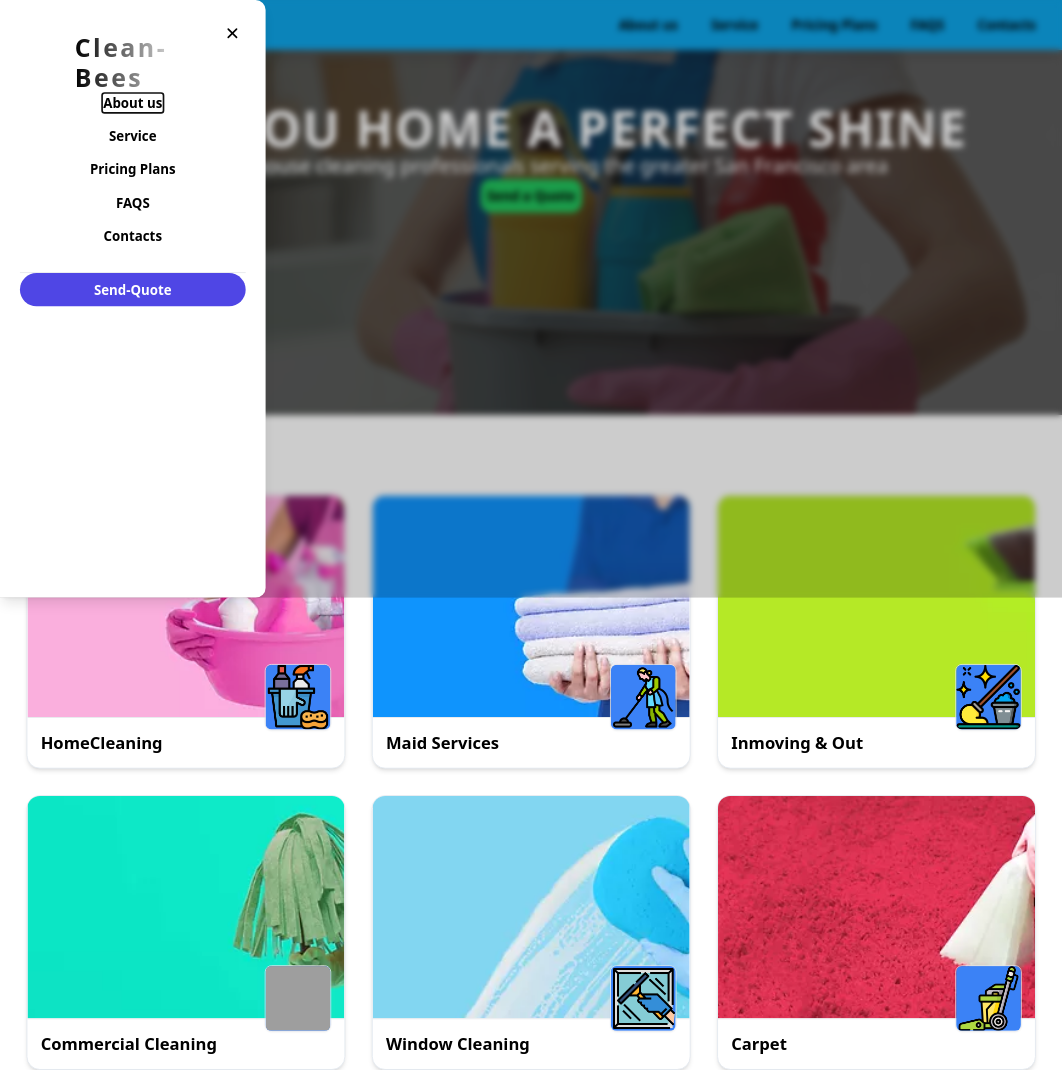
Repository: remydev47/cleanbees
Page: /
An editor plug-in stored every save of this project. The page is shown before and after the next save, followed by the edit.
The browser window is 1280 px wide. The pictures show the whole page, at 83% of full size.
Pictures or frames that could not be fetched are drawn as grey boxes. The project was rebuilt for these pictures with package versions that can differ from the ones it lists, and the page was loaded fresh each time. The framework's server and built-in components were replaced by stand-ins that run in the browser. Also part of the build but not shown: next.config.js.

Above is the page before, as saved 2022-09-16 14:47:29.

### pages/_app.tsx
import '../styles/globals.css'
import type { AppProps } from 'next/app'
import { Header } from '../components/Header'


function MyApp({ Component, pageProps }: AppProps) {
  return (
    <>
      <Header />
      <Component {...pageProps} />
    </>

    )
}

export default MyApp

### pages/index.tsx
import type { NextPage } from 'next'
import Head from 'next/head'
import Image from 'next/image'
import Hero from '../components/Hero'
import Services from '../components/Services'

const Home: NextPage = () => {
  return (
    <div className="">
      <Head>
        <title>CleanBees</title>
        <link rel="icon" href="/favicon.ico" />
      </Head>
      <Hero />
     <main className='mx-auto max-w-screen-xl px-6 sm:px-8'>
      <div className='mt-16 space-y-20'>
        <Services />

      </div>
     </main>
    </div>
  )
}

export default Home

### components/Header.tsx
import { navLinks } from "../constants"
import { MenuPopOver } from "./MenuPopover"
import Logo from "./Logo"
import Image from "next/image"
import { title } from "process"

export const Header = () => {
    return(
        <>
          <header className={styles.container}>
           <div className='flex grow-0 basis-1/3 md:hidden'>
             <MenuPopOver />
          </div>
          <div className='flex grow-0 basis-1/3 justify-center md:justify-start'>
            <Logo />
           </div>
           <ul className="list-none sm:flex hidden justify-end items-center flex-1">
            {navLinks.map((nav, index) => (
                <li
                key={nav.id}
                className={`font-poppins font-extrabold cursor-pointer text-[16px]
                  ${index === navLinks.length - 1 ? 'mr-0' : 'mr-10'}
                 text-black `}
                >
                    <a>{nav.title}</a>
                </li>
            ))}
           </ul>

          </header>
        </>
    )
}

const styles ={
    container:`sticky bg-[#0ea5e9] inset-x-0 top-0 z-20 flex items-center justify-between py-2 px-2 shadow-lg dark:bg-slate-900 sm:py-3 sm:px-8`
}

### components/Hero.tsx
import React from 'react'
import Image from 'next/image'


const Hero = () => {
  return (
    <>
      <section className='relative h-[640px] w-full  bg-blue-500 sm:h-[55vh] md:h-[440px]'>
        <Image
          src="/img/pixel-cleaner2.jpg"
          layout='fill'
          objectFit='cover'
        />
        <div className="absolute inset-0 bg-neutral-900/70">
        <div className='mx-4 mt-16 flex flex-col items-center text-center '>
                <h1 className={styles.innerbanner}>
                    Give you Home a Perfect Shine
                </h1>
                <span className='text-xl text-white sm:text-2xl'>
                    Reliable house cleaning professionals serving the greater San Francisco area
                </span>
                <button className='bg-green-500 text-black font-semibold p-2 rounded-xl'>
                    Send a Quote
                </button>
              </div>
        </div>
        <HeroBottomCard />
      </section>

    </>
  )
}

function HeroBottomCard() {
    return (
      <div className="bg-[#0ea5e9] p-4">
        <span className="block text-center text-lg text-white">
          Nobody wants to do cleaning?We Do! Drop your  Quote with{" "}
          <span className="bg-gradient-to-r from-black to-[#fff] bg-clip-text align-middle text-2xl font-black tracking-widest text-transparent">
            CLEAN-BEES
          </span>{" "}
          cleaners here.
        </span>
      </div>
    );
  }

export default Hero;
const styles ={

    innerbanner:`text-3xl font-extrabold uppercase tracking-wide text-white sm:text-4xl md:text-5xl lg:text-6xl`,
}

### components/Services.tsx
import React from 'react';
import Image from 'next/image'
import Link from 'next/link';

const serviceItems =[
    {
        name:"HomeCleaning",
        description:"",
        image:'/img/cleaning3.webp',
        logo:"/img/homecleaning.png"
    },
    {
        name:"Maid Services",
        description:"",
        image:'/img/maid2.webp',
        logo:"/img/maid.png"
    },
    {
        name:"Inmoving & Out",
        description:"",
        image:'/img/moving.webp',
        logo:"/img/inmoving.png"
    },
    {
        name:"Commercial Cleaning",
        description:"",
        image:'/img/cleaning5.webp',
        logo:"/img/officecleaning.png"
    },
    {
        name:"Window Cleaning",
        description:"",
        image:'/img/cleaning4.webp',
        logo:"/img/window.png"
    },
    {
        name:"Carpet",
        description:"",
        image:'/img/carpet2.webp',
        logo:"/img/carpet.png"
    },
]

const Services = () => {
  return (
    <section id='service-items'>
        <div>
            <h2 className="text-2xl font-semibold"> Our Services </h2>
        </div>

        <div id="top-companies__items" className="grid grid-cols-1 gap-8 sm:grid-cols-2 lg:grid-cols-3">
              {serviceItems.map((item, i) => (
                 <Link href="/#" key={i}>
                  <a className="group block overflow-hidden rounded-2xl border border-slate-200 bg-white shadow-md transition-all duration-150 hover:-translate-y-1 hover:shadow-lg dark:border-slate-800 dark:bg-slate-700">
                    <div className="relative block overflow-hidden  pt-[70%]">
                     <Image
                       src={item.image}
                       alt={item.name}
                       layout="fill"
                       objectFit="cover"
                       className="transition-all duration-200 group-hover:scale-[102%]"
                      />
                    </div>
                    <div className="relative flex flex-col border-t p-4 dark:border-slate-600">
                <span className="absolute right-4 -top-[65px] block h-[80px] w-[80px] overflow-hidden rounded-lg border shadow-sm dark:border-slate-600">
                  <div className="relative block overflow-hidden  bg-blue-500 pt-[100%]">
                    <Image
                      src={item.logo}
                      alt={item.name}
                      layout="fill"
                      objectFit="cover"
                    />
                  </div>
                </span>

                <h5 className="block truncate text-xl font-semibold capitalize">
                  {item.name}
                </h5>
                <span className="block truncate text-slate-500 dark:text-slate-400">
                  {item.description}
                </span>
              </div>
                 </a>
                 </Link>
              ))}
            </div>

    </section>
  )
}

export default Services

### constants/index.ts

export const navLinks =[
    {
     id:"aboutus",
     title:"About us"
    },
    {
        id:"services",
        title:"Service"
    },
    {
        id:"pricingplans",
        title:"Pricing Plans"
    },
    {
        id:"faqs",
        title:"FAQS"
    },
    {
        id:"contacts",
        title:"Contacts"
    },
]

### components/MenuPopover.tsx
import React, { useState, Fragment } from 'react'
import { IconButton } from './Button'
import { Transition, Dialog }  from '@headlessui/react';
import Link from 'next/link';
import Logo from './Logo';
import { Button } from './Button';
//import { ThemeSelect } from './ThemeToogle';
import { navLinks } from '../constants';

export const MenuPopOver = () => {
    const [isOpen, setIsOpen] = useState(true)

    return(
      <div>
        <IconButton
          variant='ghost'
          aria-label='menu'
          onClick={() => setIsOpen(!isOpen)}
        >
          <svg className='h-6 w-6 ' fill='none' stroke='currentColor'>
            <path
              strokeLinecap='round'
              strokeLinejoin='round'
              strokeWidth={2}
              d='M4 6h16M4 12h16M4 18h16'
            />
          </svg>
        </IconButton>
        <Transition
          show={isOpen}
          appear
          as={Fragment}
          enter='transform transition ease-in-out duration-300'
          enterFrom='-translate-x-full'
          enterTo='translate-x-0'
          leave='transform transition ease-in-out duration-300 delay-200'
          leaveFrom='translate-x-0'
          leaveTo='-translate-x-full'
        >
         <Dialog
           as='div'
           className={`fixed inset-0 z-50`}
           onClose={setIsOpen}
           open={isOpen}
           >
           <Transition.Child
             as={Fragment}
             enter='ease-out duration-300 delay-300'
             enterFrom='opacity-0'
             enterTo='opacity-100'
             leave='ease-in duration-200'
             leaveFrom='opacity-100'
             leaveTo='opacity-0'
           >

            <Dialog.Overlay
              className={`fixed inset-0 bg-black/20 backdrop-blur-sm dark:bg-gray-900/80`}
             />
          </Transition.Child>
           <div className={styles.dialogcontainer}>
            <a className='mx-auto mt-4 flex w-[140px] '>
              <Logo />
            </a>
            <ul
                className={styles.navWrapper2}
             >
                {navLinks.map((nav, index) => (
                    <li
                     key={nav.id}
                     className={`font-poppins font-bold cursor-pointer text-[16px]
                      ${index === navLinks.length - 1 ? 'mr-0' : 'mb-4'}
                      text-black `}
                    >
                     <a href={`#${nav.id}`}>
                        {nav.title}
                     </a>
                    </li>
                 ))}
             </ul>
            {/* <div className='mt-0 border-t border-gray-200 pt-6 dark:border-gray-200/10'>

            </div> */}
            <ul className='mt-8 space-y-3 border-t border-gray-200 dark:border-gray-200/10'>
              <li>
               <Button fullWidth>
                   Send-Quote
               </Button>
              </li>

            </ul>
            <IconButton
              variant='ghost'
              aria-label='close menu'
              className='absolute top-5 right-5'
              onClick={() => setIsOpen(false)}
            >
              <svg
                viewBox='0 0 10 10'
                className='h-2.5 w-2.5 overflow-visible'
                aria-hidden='true'
              >
                <path
                    d='M0 0L10 10M10 0L0 10'
                    fill='none'
                    stroke='currentColor'
                    strokeWidth='2'
                    strokeLinecap='round'
                  />
              </svg>
            </IconButton>
           </div>
         </Dialog>
        </Transition>
      </div>
    )
  }

const styles ={
    dialogcontainer:`fixed top-0 bottom-0 left-0 w-full max-w-xs rounded-r-xl bg-white p-6 shadow-lg dark:bg-gray-800`,
    menuitems:`group relative flex h-9 items-center oveflow-hidden rounded-md hover:bg-slate-200/50`,
    navWrapper2:`list-none flex flex-col justify-end items-center flex-1`,
}

### components/Logo.tsx
import React from 'react';


const Logo  = () => {
  return (
    <span className={`bg-gradient-to-r from-black to-[#fff] bg-clip-text align-middle text-3xl font-black tracking-widest text-transparent hover:text-green-400`}>
        Clean-Bees
    </span>
  )
}

export default Logo;

### components/Button/index.tsx
import React, { forwardRef } from 'react';
//import { __DEV__ } from '../../utils/assertions'

type BaseButtonProps = Omit<React.HTMLProps<HTMLButtonElement>, "size">;

/* === Button Element === */

export interface ButtonProps extends BaseButtonProps {
  children: React.ReactNode;
  fullWidth?: boolean;
  className?: string;
  variant?: "solid" | "outline" | "ghost";
  size?: "sm" | "md" | "lg";
  as?: string;
  isExternal?: boolean;
  type?: "button" | "submit" | "reset";
}

export const Button = forwardRef<HTMLButtonElement, ButtonProps>(
  (
    {
      children,
      variant = "solid",
      size = "md",
      fullWidth = false,
      className,
      as = "button",
      isExternal = false,
      ...rest
    },
    ref
  ) => {
    let tempClassNames: string[] = [];

    const sharedClasses = [
      "capitalize",
      "focus:outline-none",
      "focus:ring-2",
      "focus:ring-indigo-400",
      "focus:ring-offset-2",
      "focus:ring-offset-indigo-50",
      "font-semibold",
      "rounded-full",
      "inline-flex",
      "flex-shrink-0",
      "items-center",
      "justify-center",
      "transition-colors",
      "ease-in-out",
      "duration-500",
    ];

    if (fullWidth) sharedClasses.push("w-full");

    // handle variants
    let btnSolid = ["bg-indigo-600", "hover:bg-indigo-700", "text-white"];
    let btnOutline = [
      "dark:text-white",
      "hover:text-yellow-700",
      "hover:dark:text-yellow-800",
      "bg-transparent",
      "hover:bg-indigo-50",
      "border",
      "border-indigo-600",
    ];
    let btnGhost = [
      "bg-transparent",
      "dark:text-white",
      "hover:bg-indigo-50",
      "hover:text-indigo-700",
      "hover:dark:text-indigo-700",
    ];

    if (variant === "solid") {
      tempClassNames = [...sharedClasses, ...btnSolid];
    } else if (variant === "outline") {
      tempClassNames = [...sharedClasses, ...btnOutline];
    } else if (variant === "ghost") {
      tempClassNames = [...sharedClasses, ...btnGhost];
    }

    // handle sizes
    let sizeSm = ["h-8", "px-2", "text-sm"];
    let sizeMd = ["h-10", "px-3"];
    let sizeLg = ["h-12", "px-4", "text-lg"];

    if (size === "sm") {
      tempClassNames = [...tempClassNames, ...sizeSm];
    } else if (size === "md") {
      tempClassNames = [...tempClassNames, ...sizeMd];
    } else if (size === "lg") {
      tempClassNames = [...tempClassNames, ...sizeLg];
    }

    let classes = tempClassNames.join(" ");

    let Element = as ? (
      React.createElement(
        as,
        {
          className: `${classes} ${className}`,
          target: isExternal ? "_blank" : undefined,
          rel: isExternal ? "noopener noreferrer" : undefined,
          ref,
          ...rest,
        },
        children
      )
    ) : (
      <button {...rest} className={`${classes} ${className}`} ref={ref}>
        {children}
      </button>
    );

    return Element;
  }
);

// if (__DEV__) {
//   Button.displayName = "Button";
// }

/* === IconButton Element === */

export interface IconButtonProps extends ButtonProps {
  icon?: React.ReactElement;
  "aria-label": string;
}

export const IconButton = forwardRef<HTMLButtonElement, IconButtonProps>(
  (
    {
      children,
      icon,
      className,
      "aria-label": ariaLabel,
      size = "md",
      ...rest
    },
    ref
  ) => {
    let sharedClasses = ["rounded-full", "!px-0"];

    // handle sizes
    let sizeSm = ["w-8"];
    let sizeMd = ["w-10"];
    let sizeLg = ["w-12"];

    if (size === "sm") {
      sharedClasses = [...sharedClasses, ...sizeSm];
    } else if (size === "md") {
      sharedClasses = [...sharedClasses, ...sizeMd];
    } else if (size === "lg") {
      sharedClasses = [...sharedClasses, ...sizeLg];
    }

    /**
     * Passing the icon as prop or children should work
     */
    const element = icon || children;
    const _children = React.isValidElement(element)
      ? React.cloneElement(element as any, {
          "aria-hidden": true,
          focusable: false,
        })
      : null;

    let classes = sharedClasses.join(" ");
    return (
      <Button
        className={`${classes} ${className}`}
        aria-label={ariaLabel}
        size={size}
        {...rest}
        ref={ref}
      >
        {_children}
      </Button>
    );
  }
);

// if (__DEV__) {
//   IconButton.displayName = "IconButton";
// }

Loaded but not shown: styles/globals.css (common file); tailwind.config.js (common file)

After the next save:
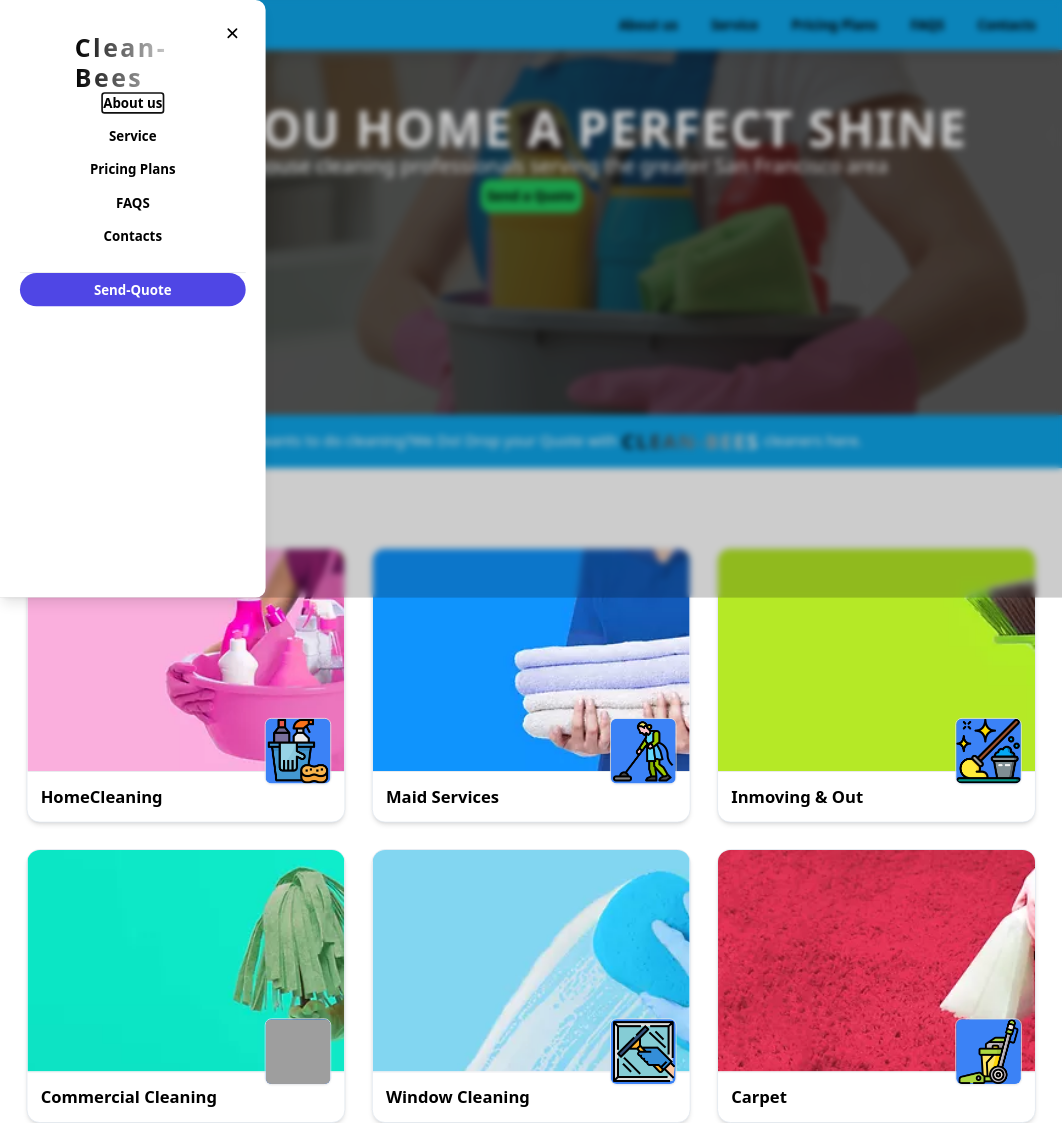
Saved 60 s later.
--- a/components/Hero.tsx
+++ b/components/Hero.tsx
@@ -24,9 +24,8 @@ const Hero = () => {
                 </button>
               </div>
         </div>
-        <HeroBottomCard />
       </section>
-
+      <HeroBottomCard />
     </>
   )
 }
